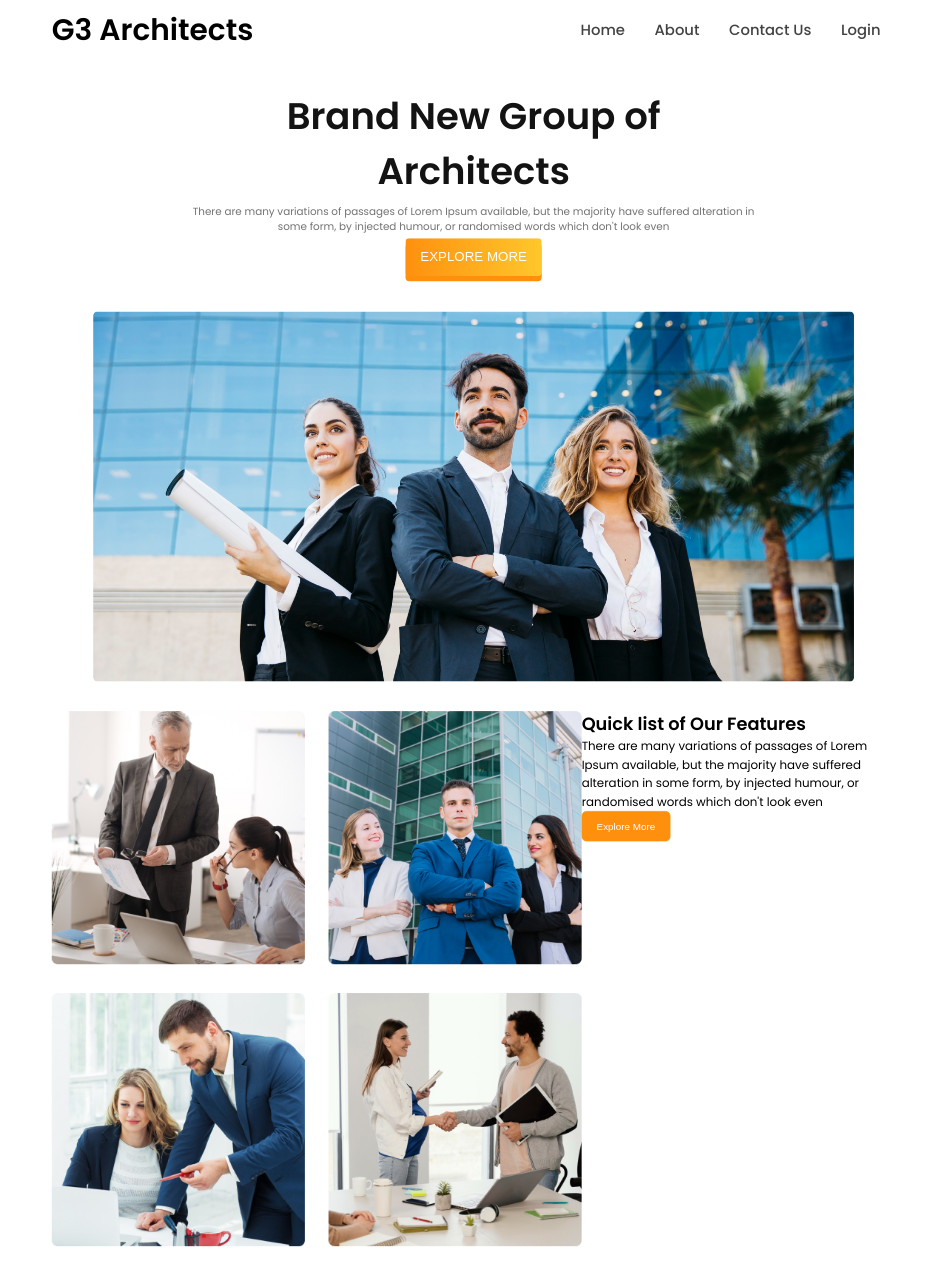
Repository: mdrubel02/G3_Architects
Page: index.html
These files come from the project's save history. The page is drawn as it stood at one moment and after the next save; the edit follows.
The browser window is 1280 px wide. The pictures show the whole page, at 74% of full size.

Above is the page before, as saved 2023-01-14 23:57:19.

### index.html
<!DOCTYPE html>
<html lang="en">

<head>
    <meta charset="UTF-8">
    <meta http-equiv="X-UA-Compatible" content="IE=edge">
    <meta name="viewport" content="width=device-width, initial-scale=1.0">
    <title>G3 Architects</title>
    <!-------- css link ---------->
    <link rel="stylesheet" href="/style.css">
</head>

<body>
    <!------------- Header section ----------->
    <header class="container">
        <nav>
            <div class="logo">
                <h2>G3 Architects</h2>
            </div>
            <ul class="navigation">
                <li><a href="">Home</a></li>
                <li><a href="">About</a></li>
                <li><a href="">Contact Us</a></li>
                <li><a href="">Login</a></li>
            </ul>
        </nav>
    </header>
    <!----------------- Banner section ---------------->
    <section class="container">
        <div class="banner_section">
            <div class="banner_left">
                <h1>Brand New Group of Architects
                </h1>
                <p>There are many variations of passages of Lorem Ipsum available, but the majority have suffered alteration in some form, by injected humour, or randomised words which don't look even</p>
                <button class="btn-primary">Explore More</button>
            </div>
            <div class="banner_right">
                <img class="banner" src="./images/banner.png" alt="">
            </div>
        </div>
    </section>
    <!------------------ Features Section----------->
    <section class="container">
        <div class="features_section">
            <div class="features_left">
                <div class="features_photos">
                    <img src="./images/team1.png" alt="">
                </div>
                <div class="features_photos">
                    <img src="./images/team2.png" alt="">
                </div>
                <div class="features_photos">
                    <img src="./images/team3.png" alt="">
                </div>
                <div class="features_photos">
                    <img src="./images/team4.png" alt="">
                </div>
            </div>
            <div class="features_right">
                <h1><span>Quick list</span> <span>of Our</span> <span>Features</span></h1>
                <p>There are many variations of passages of Lorem Ipsum available, but the majority have suffered alteration in some form, by injected humour, or randomised words which don't look even</p>
                <button class="btn btn-secondary">Explore More</button>
            </div>
        </div>
    </section>
</body>

</html>

### style.css
/* =====GOOGLE FONTS====== */
@import url('https://fonts.googleapis.com/css2?family=Poppins:wght@300;400;500;600&display=swap');

/* =====COMMON STYLES====== */
* {
    margin: 0;
    padding: 0;
    border: 0;
    outline: 0;
    list-style: none;
    text-decoration: none;
}

body {
    font-family: 'Poppins', sans-serif;
}
.container {
    max-width: 1200px;
    margin: 0 auto;
    padding: 0 30px;
    margin-bottom: 2.5rem;
    box-sizing: border-box;
}

a {
    color: #fff;
    transition: all 400ms ease;
}

a:hover {
    color: #fff;
}

.btn {
    text-align: center;
    width: max-content;
    display: inline-block;
    color: #fff;
    padding: 0.75rem 1.2rem;
    border-radius: 0.4rem;
    border: 1px solid #FF900E;
    transition: all 400ms ease;
    cursor: pointer;
}
.btn-secondary {
    background: #FF900E;
    color: #fff;
}
.btn:hover {
    background: #fff;
    color:  #FF900E;
    border: 1px solid  #FF900E;
}

.btn-primary {
    outline: 0;
    border: 0;
    padding: 15px 20px;
    color: #fff;
    font-size: 18px;
    text-transform: uppercase;
    border-radius: 5px;
    background-image: linear-gradient(90deg, #FF900E, #FFC72C);
    cursor: pointer;
    box-shadow:0 7px 0 #FF900E ;
    position: relative;
    top: 0;
}
.btn-primary:active{
    top: 5px;
    box-shadow:0 2px 0 #FF900E ;
}
/*<=============== style header section=================> */
nav{
    display: flex;
    justify-content: space-between;
    height: 80px;
    align-items: center;
}
.navigation{
    display: flex;
}
.navigation li{
    list-style: none;
    margin: 10px;
}
.navigation li a{
    color: #424242;
    font-size: 20px;
    font-weight: 500;
    text-decoration: none;
    padding: 15px 10px;
}
.logo h2{
    font-size: 40px;
    font-weight: 700;
    /* text-align: center; */
}
/* <=============== banner section style ===============> */
.banner_section{
    display: flex;
    flex-direction: column;
    justify-content: center;
    align-items: center;
    gap: 3rem;
}
.banner_left{
    display: flex;
    flex-direction: column;
    justify-content: center;
    align-items: center;
    text-align: center;

}
.banner_left h1{
    font-size: 50px;
    font-weight: 700;
    color: #131313;
    width: 700px;
}
.banner_left p{
    color: #727272;
    font-size: 14px;
    width: 800px;
    text-align: center;
    padding: 5px;
}
.banner_right{
    width: 100%;
    display: flex;
    overflow: hidden;
    justify-content: center;
    align-items: center;
}
.banner{
    height: 500px;
}
/* ============== Style Feature section ============= */
.features_section{
    display: grid;
    grid-template-columns: 1fr 1fr;
}
.features_left{
    display: grid;
    grid-template-columns: repeat(2, 1fr);
    gap: 2rem;
}
/* .features_photos img{
    height: 342px;
    width: 342px;
} */

After the next save:
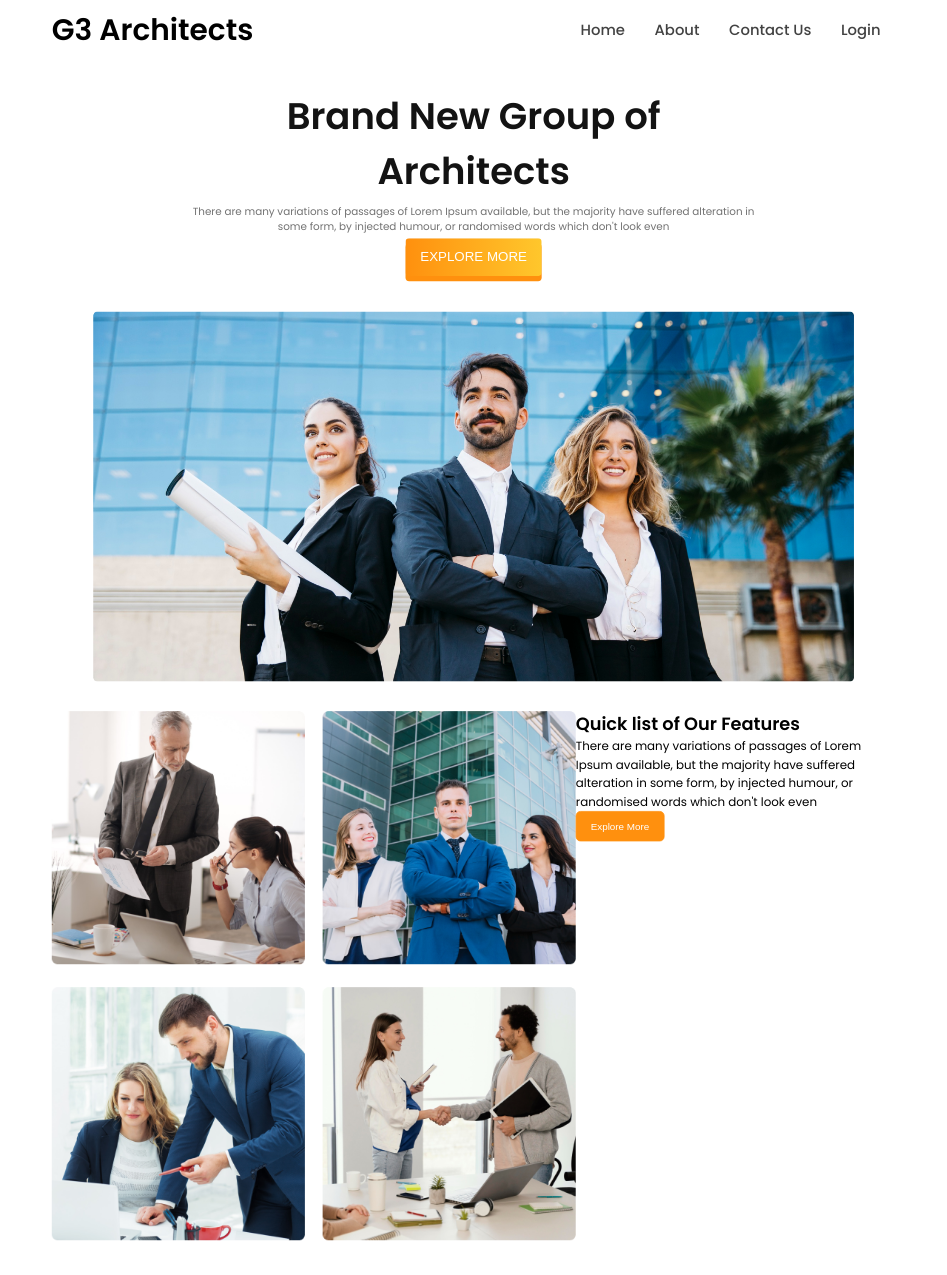
Saved 51 s later.
--- a/style.css
+++ b/style.css
@@ -143,9 +143,5 @@
 .features_left{
     display: grid;
     grid-template-columns: repeat(2, 1fr);
-    gap: 2rem;
+    gap: 1.5rem;
 }
-/* .features_photos img{
-    height: 342px;
-    width: 342px;
-} */
